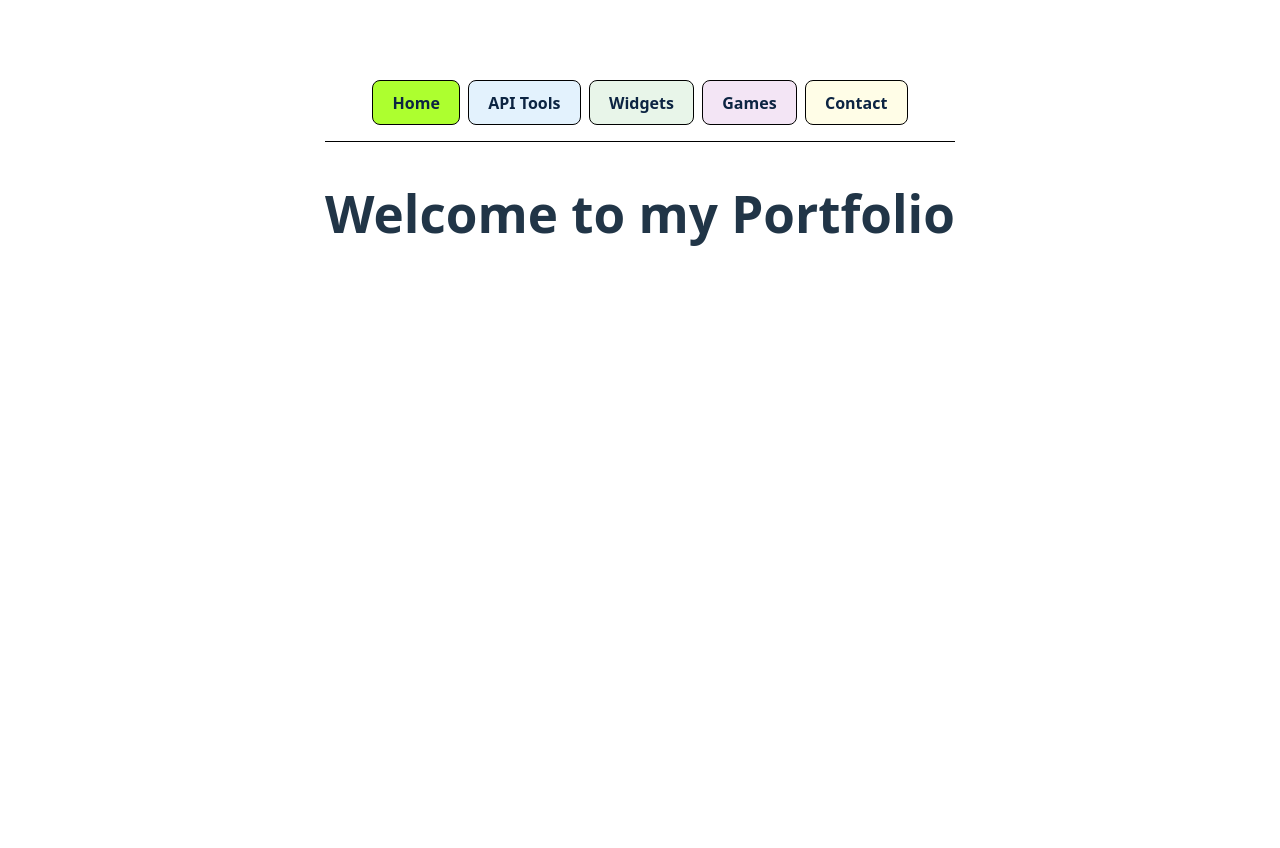
Repository: ourshadetree/TimPortfolio
Page: /
The author's editor kept a copy of each file at every save. The page is drawn from the files as they stood at one save, then again after the next save.
The browser window is 1280 px wide. The pictures show the whole page.
The project was rebuilt for these pictures with package versions that can differ from the ones it lists, and the page was loaded fresh each time. Also part of the build but not shown: vite.config.js, src/views/ApiTools.vue, src/views/Widgets.vue, src/views/Games.vue, src/views/Contact.vue.

Above is the page before, as saved 2025-05-07 11:05:24.

After the next save:
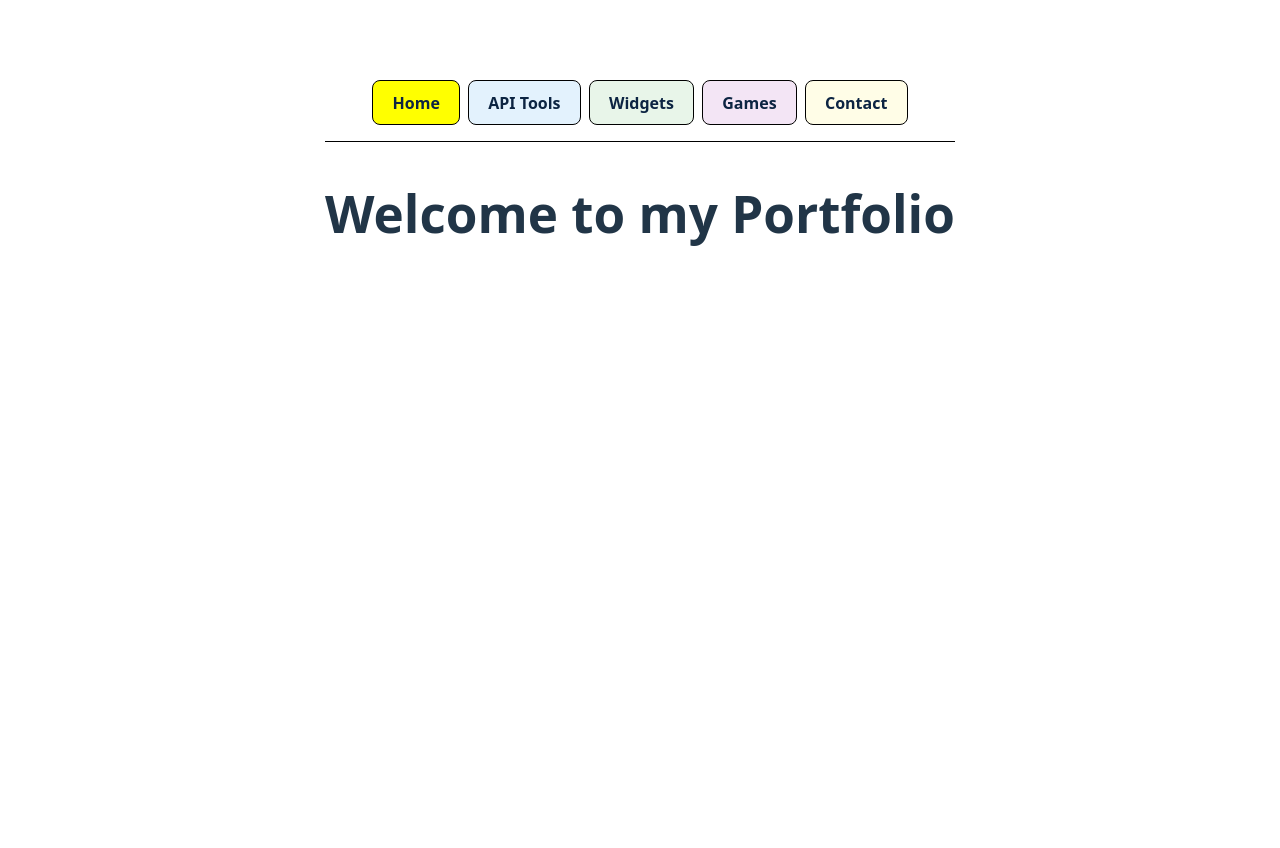
Saved 17 s later.
--- a/src/App.vue
+++ b/src/App.vue
@@ -47,7 +47,7 @@ nav a {
   font-weight: bold;
 }
 nav a.router-link-active {
-  background: greenyellow; /* pastel blue when active */
+  background: yellow; /* pastel blue when active */
 }
 
 /* base tab style */
